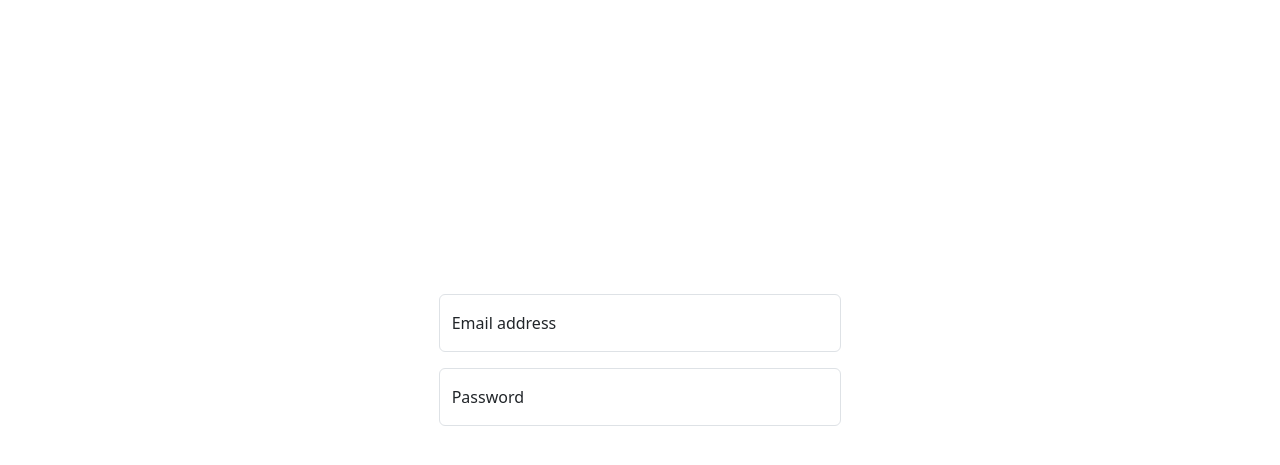
Repository: jaevoy2/lara_demo
Page: http://localhost/
These files come from the project's save history. The page is drawn as it stood at one moment and after the next save; the edit follows.
The browser window is 1280 px wide. The pictures show the whole page.
The page is served by the project's Laravel application, run on PHP 8.4 with Laravel 12.

Above is the page before, as saved 2026-07-06 22:49:28.

After the next save:
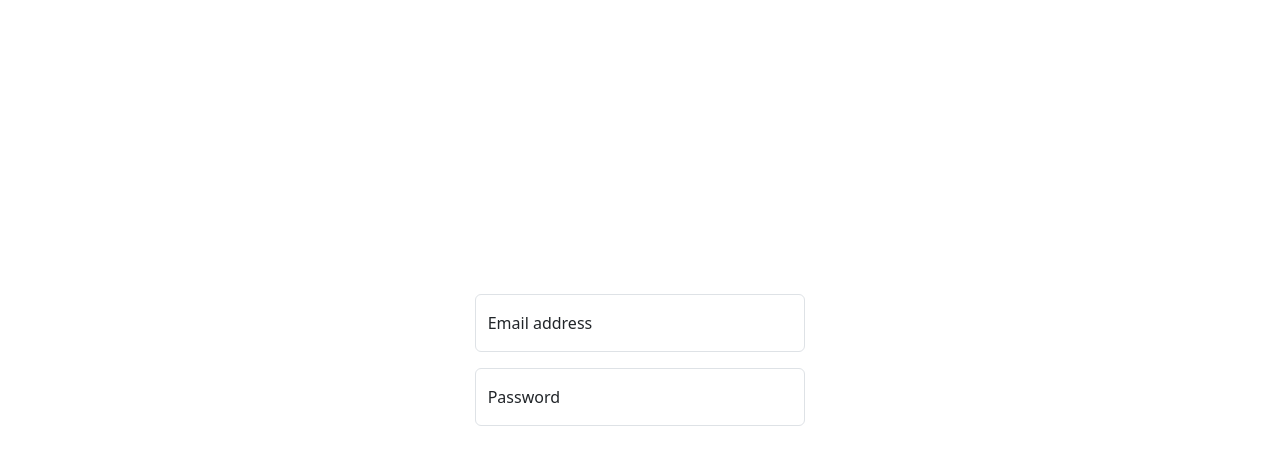
Saved 8 s later.
--- a/resources/views/login.blade.php
+++ b/resources/views/login.blade.php
@@ -2,7 +2,7 @@
 
 @section('content')
 
-    <div class="container d-flex flex-column justify-content-center vh-100 col-4">
+    <div class="container d-flex flex-column justify-content-center vh-100 col-4 p-5">
         <div class="form-floating mb-3">
             <input type="email" class="form-control" id="floatingInput" placeholder="name@example.com">
                 <label for="floatingInput">Email address</label>
